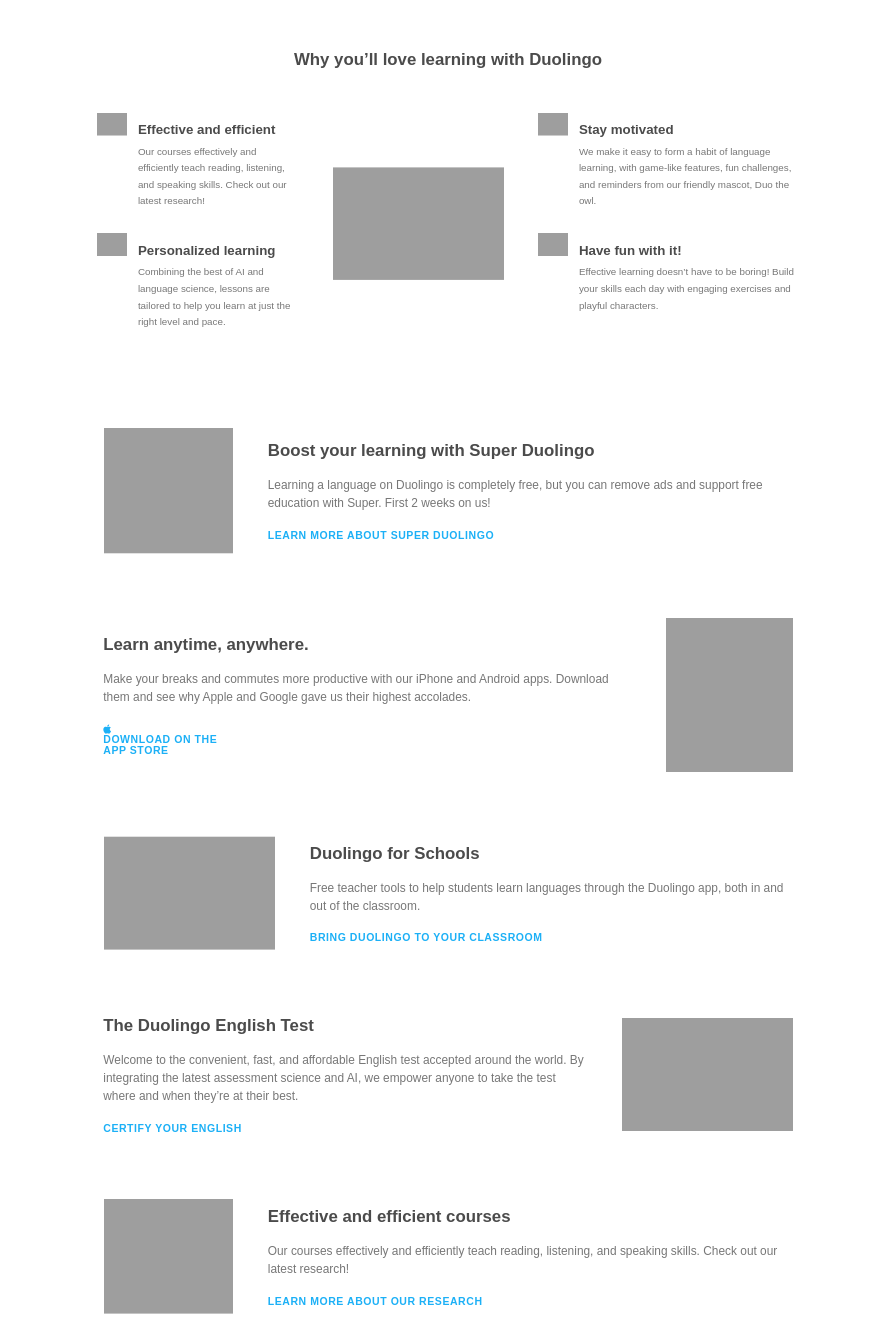
Repository: kauittt/duolingo-little
Page: login.html
These files come from the project's save history. The page is drawn as it stood at one moment and after a run of saves; the edit follows.
The browser window is 1280 px wide. The pictures show the part of the page from y = 937 to 2857 px (the page is 2857 px tall), at 70% of full size.
Pictures or frames that could not be fetched are drawn as grey boxes. A picture or video elsewhere on the page could not be fetched, so the positions and the page height are approximate. Some web libraries are served in a nearby version.

Above is the page before, as saved 2023-03-26 20:41:55.

### login.html
<!DOCTYPE html>
<html lang="en">
    <head>
        <meta charset="UTF-8" />
        <meta http-equiv="X-UA-Compatible" content="IE=edge" />
        <meta name="viewport" content="width=device-width, initial-scale=1.0" />
        <title>Duolingo Little</title>

        <!--! favicon -->
        <link rel="icon" type="image/x-icon" href="./assets/img/logo.png" />

        <!--! Font Awesome  -->
        <link rel="preconnect" href="https://cdnjs.cloudflare.com" />
        <link
            rel="stylesheet"
            href="https://cdnjs.cloudflare.com/ajax/libs/font-awesome/6.3.0/css/all.min.css"
        />

        <!--! CSS -->
        <link rel="stylesheet" href="./assets/css/reset.css" />
        <link rel="stylesheet" href="./assets/fonts/stylesheet.css" />
        <link rel="stylesheet" href="./assets/css/stytes.css" />
    </head>
    <body>
        <div class="main">
            <header class="header">
                <div class="wrap header-wrap">
                    <a class="header__img">
                        <img
                            src="https://d35aaqx5ub95lt.cloudfront.net/images/dca3b978d07a7dfc05adb1d5526e9e21.svg"
                            alt="Duolingo"
                        />
                    </a>
                    <div class="header__language">SITE LANGUAGE: ENGLISH</div>
                </div>
            </header>

            <div class="content">
                <div class="hero">
                    <div class="hero-wrap">
                        <div class="hero__img">
                            <img
                                src="https://d35aaqx5ub95lt.cloudfront.net/images/331a32943ff73be28537dfc7469d5639.svg"
                                alt="Earth"
                            />
                        </div>
                        <div class="hero-content">
                            <h1 class="hero-content__heading">
                                The free, fun, and effective way to learn a
                                language!
                            </h1>
                            <div class="hero-content-select">
                                <div class="hero-content-select">
                                    <div class="btn btn--primary">
                                        GET STARTED
                                    </div>
                                    <div class="btn">
                                        I ALREADY HAVE AN ACCOUNT
                                    </div>
                                </div>
                            </div>
                        </div>
                    </div>
                </div>

                <section class="section top">
                    <div class="wrap top-wrap">
                        <div class="section__img">
                            <img
                                src="https://d35aaqx5ub95lt.cloudfront.net/images/776364e6419216ffd84ddf8d8815711b.svg"
                                alt="Duolingo"
                            />
                        </div>

                        <div class="section-content">
                            <h2 class="section-content__heading">
                                The world’s #1 way to learn a language
                            </h2>
                            <div class="section-content__desc">
                                Learning with Duolingo is fun, and
                                <b>research shows that it works!</b> With quick,
                                bite-sized lessons, you’ll earn points and
                                unlock new levels while gaining real-world
                                communication skills.
                            </div>
                            <div class="section-content__link"></div>
                        </div>
                    </div>
                </section>

                <section class="section feature">
                    <div class="wrap feature-wrap">
                        <h3 class="section-content__heading">
                            Why you’ll love learning with Duolingo
                        </h3>
                        <div class="section-content">
                            <div class="section-content-group">
                                <div class="section-content-group-item">
                                    <img
                                        src="https://d35aaqx5ub95lt.cloudfront.net/images/1994201dce8a55a0017d59b58a035fc3.svg"
                                        alt=""
                                    />
                                    <div>
                                        <div
                                            class="section-content-group-item__heading"
                                        >
                                            Effective and efficient
                                        </div>
                                        <div
                                            class="section-content-group-item__desc"
                                        >
                                            Our courses effectively and
                                            efficiently teach reading,
                                            listening, and speaking skills.
                                            Check out our latest research!
                                        </div>
                                    </div>
                                </div>

                                <div class="section-content-group-item">
                                    <img
                                        src="https://d35aaqx5ub95lt.cloudfront.net/images/8f1e99a540ab7afcf5915e8852024e4c.svg"
                                        alt=""
                                    />
                                    <div>
                                        <div
                                            class="section-content-group-item__heading"
                                        >
                                            Personalized learning
                                        </div>
                                        <div
                                            class="section-content-group-item__desc"
                                        >
                                            Combining the best of AI and
                                            language science, lessons are
                                            tailored to help you learn at just
                                            the right level and pace.
                                        </div>
                                    </div>
                                </div>
                            </div>

                            <div class="section-content-group">
                                <div class="section-content-group__img">
                                    <img
                                        src="https://d35aaqx5ub95lt.cloudfront.net/images/3816ddfd0658efd7bb713fd823053b82.svg"
                                        alt="Duolingo"
                                    />
                                </div>
                            </div>

                            <div class="section-content-group">
                                <div class="section-content-group-item">
                                    <img
                                        src="https://d35aaqx5ub95lt.cloudfront.net/images/splash/ebdcc22deaf0f85388fcb09e7ecfbe78.svg"
                                        alt=""
                                    />
                                    <div>
                                        <div
                                            class="section-content-group-item__heading"
                                        >
                                            Stay motivated
                                        </div>
                                        <div
                                            class="section-content-group-item__desc"
                                        >
                                            We make it easy to form a habit of
                                            language learning, with game-like
                                            features, fun challenges, and
                                            reminders from our friendly mascot,
                                            Duo the owl.
                                        </div>
                                    </div>
                                </div>

                                <div class="section-content-group-item">
                                    <img
                                        src="https://d35aaqx5ub95lt.cloudfront.net/images/splash/a4d5fab3d1926c240cb2ae696b07d156.svg"
                                        alt=""
                                    />
                                    <div>
                                        <div
                                            class="section-content-group-item__heading"
                                        >
                                            Have fun with it!
                                        </div>
                                        <div
                                            class="section-content-group-item__desc"
                                        >
                                            Effective learning doesn’t have to
                                            be boring! Build your skills each
                                            day with engaging exercises and
                                            playful characters.
                                        </div>
                                    </div>
                                </div>
                            </div>
                        </div>
                    </div>
                </section>

                <section class="section super">
                    <div class="wrap super-wrap">
                        <div class="section__img">
                            <img
                                src="https://d35aaqx5ub95lt.cloudfront.net/images/super/8183c77cba99daf1e900fb5f9b0cc671.svg"
                                alt="Duolingo"
                            />
                        </div>

                        <div class="section-content">
                            <h2 class="section-content__heading">
                                Boost your learning with Super Duolingo
                            </h2>
                            <div class="section-content__desc">
                                Learning a language on Duolingo is completely
                                free, but you can remove ads and support free
                                education with Super. First 2 weeks on us!
                            </div>
                            <div class="section-content__link">
                                LEARN MORE ABOUT SUPER DUOLINGO
                            </div>
                        </div>
                    </div>
                </section>

                <section class="section download">
                    <div class="wrap download-wrap">
                        <div class="section__img">
                            <img
                                src="https://d35aaqx5ub95lt.cloudfront.net/images/791b23bc8994589efad21ce964d99161.svg"
                                alt="Duolingo"
                            />
                        </div>

                        <div class="section-content">
                            <h2 class="section-content__heading">
                                Learn anytime, anywhere.
                            </h2>
                            <div class="section-content__desc">
                                Make your breaks and commutes more productive
                                with our iPhone and Android apps. Download them
                                and see why Apple and Google gave us their
                                highest accolades.
                            </div>
                            <div class="section-content__link">
                                <div class="section-content__link-item">
                                    <i class="fa-brands fa-apple"></i>
                                    <div
                                        class="section-content__link-item-content"
                                    >
                                        <p>Download on the</p>
                                        <p>App Store</p>
                                    </div>
                                </div>
                            </div>
                        </div>
                    </div>
                </section>

                <section class="section teaching">
                    <div class="wrap teaching-wrap">
                        <div class="section__img">
                            <img
                                src="https://d35aaqx5ub95lt.cloudfront.net/images/af5bf404fb8ea1ff96fdc9247a1e36e0.svg"
                                alt="Duolingo"
                            />
                        </div>

                        <div class="section-content">
                            <h2 class="section-content__heading">
                                Duolingo for Schools
                            </h2>
                            <div class="section-content__desc">
                                Free teacher tools to help students learn
                                languages through the Duolingo app, both in and
                                out of the classroom.
                            </div>
                            <div class="section-content__link">
                                BRING DUOLINGO TO YOUR CLASSROOM
                            </div>
                        </div>
                    </div>
                </section>

                <section class="section test">
                    <div class="wrap test-wrap">
                        <div class="section__img">
                            <img
                                src="https://d35aaqx5ub95lt.cloudfront.net/images/9cb1bd734855384c2de08fe80443af9f.svg"
                                alt="Duolingo"
                            />
                        </div>

                        <div class="section-content">
                            <h2 class="section-content__heading">
                                The Duolingo English Test
                            </h2>
                            <div class="section-content__desc">
                                Welcome to the convenient, fast, and affordable
                                English test accepted around the world. By
                                integrating the latest assessment science and
                                AI, we empower anyone to take the test where and
                                when they’re at their best.
                            </div>
                            <div class="section-content__link">
                                CERTIFY YOUR ENGLISH
                            </div>
                        </div>
                    </div>
                </section>

                <section class="section chart">
                    <div class="wrap chart-wrap">
                        <div class="section__img">
                            <img
                                src="https://d35aaqx5ub95lt.cloudfront.net/images/efficacyPage/5b117228254f9a9d8c7f541734f18225.svg"
                                alt="Duolingo"
                            />
                        </div>

                        <div class="section-content">
                            <h2 class="section-content__heading">
                                Effective and efficient courses
                            </h2>
                            <div class="section-content__desc">
                                Our courses effectively and efficiently teach
                                reading, listening, and speaking skills. Check
                                out our latest research!
                            </div>
                            <div class="section-content__link">
                                LEARN MORE ABOUT OUR RESEARCH
                            </div>
                        </div>
                    </div>
                </section>
            </div>
        </div>
    </body>
</html>

### assets/fonts/stylesheet.css
@font-face {
    font-family: "DINRoundPro";
    src: url("din round/DINRoundPro-Bold.woff2") format("woff2"),
        url("din round/DINRoundPro-Bold.woff") format("woff");
    font-weight: bold;
    font-style: normal;
    font-display: swap;
}

@font-face {
    font-family: "DINRoundPro";
    src: url("din round/DINRoundPro-Black.woff2") format("woff2"),
        url("din round/DINRoundPro-Black.woff") format("woff");
    font-weight: 900;
    font-style: normal;
    font-display: swap;
}

@font-face {
    font-family: "DINRoundPro";
    src: url("din round/DINRoundPro.woff2") format("woff2"),
        url("din round/DINRoundPro.woff") format("woff");
    font-weight: normal;
    font-style: normal;
    font-display: swap;
}

@font-face {
    font-family: "DINRoundPro";
    src: url("din round/DINRoundPro-Light.woff2") format("woff2"),
        url("din round/DINRoundPro-Light.woff") format("woff");
    font-weight: 300;
    font-style: normal;
    font-display: swap;
}

@font-face {
    font-family: "DINRoundPro-Medi";
    src: url("din round/DINRoundPro-Medi.woff2") format("woff2"),
        url("din round/DINRoundPro-Medi.woff") format("woff");
    font-weight: 500;
    font-style: normal;
    font-display: swap;
}

Loaded but not shown: assets/css/reset.css (common file); assets/css/stytes.css (376 lines, source omitted)

After the next 2 saves:
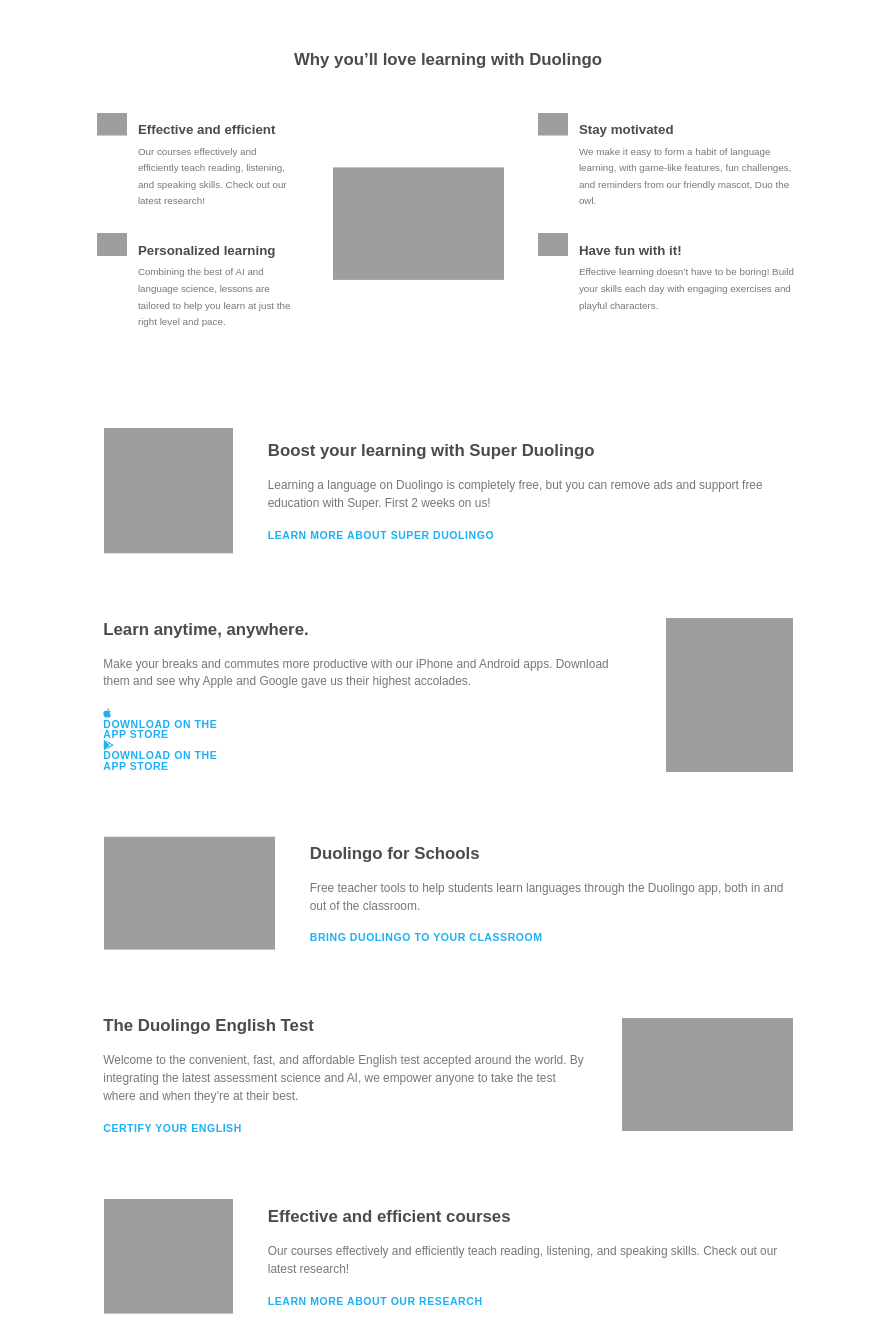
The 2 saves are shown as one change because they came seconds apart.
The last was saved 44 s later.
--- a/login.html
+++ b/login.html
@@ -253,6 +253,16 @@
                                         <p>App Store</p>
                                     </div>
                                 </div>
+
+                                <div class="section-content__link-item">
+                                    <i class="fa-brands fa-google-play"></i>
+                                    <div
+                                        class="section-content__link-item-content"
+                                    >
+                                        <p>Download on the</p>
+                                        <p>App Store</p>
+                                    </div>
+                                </div>
                             </div>
                         </div>
                     </div>
